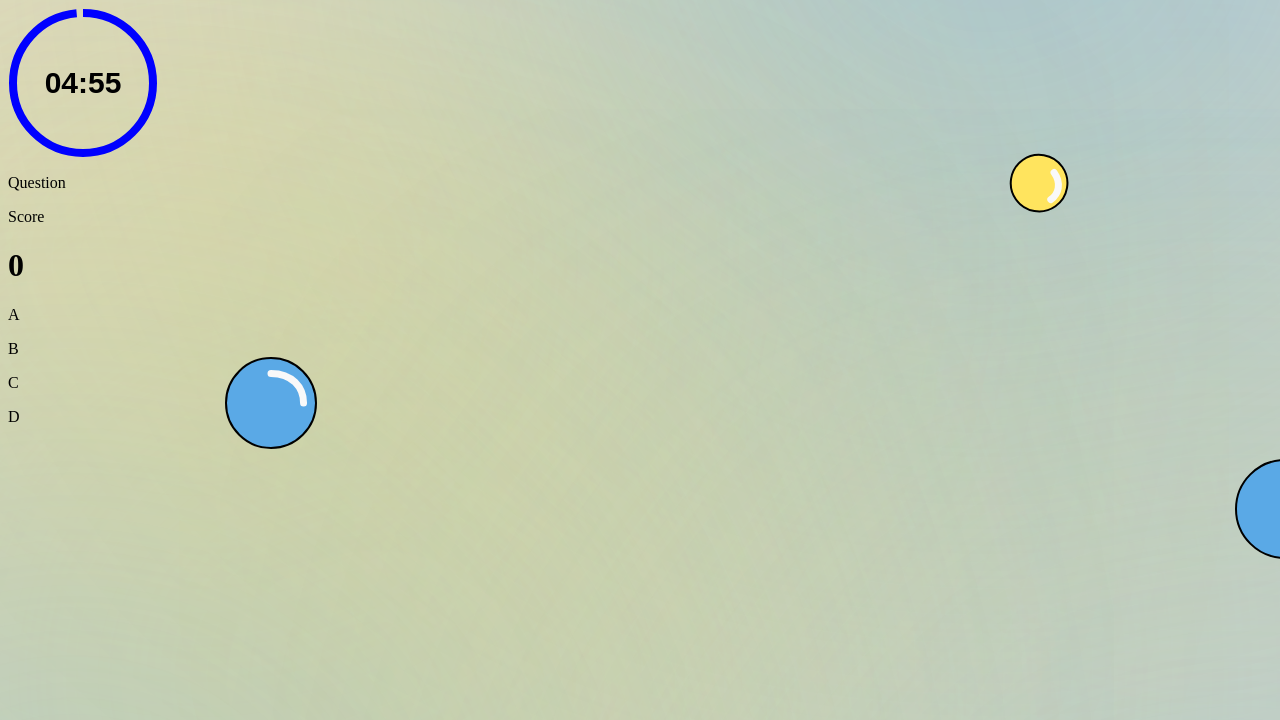
Repository: sierralaurent/SmartiePants
Page: quiz.html
An editor plug-in stored every save of this project. The page is shown before and after the next save, followed by the edit.
The browser window is 1280 px wide. The pictures show the whole page.
The page's requests for data from a server got no answer.

Above is the page before, as saved 2023-05-15 16:12:24.

After the next save:
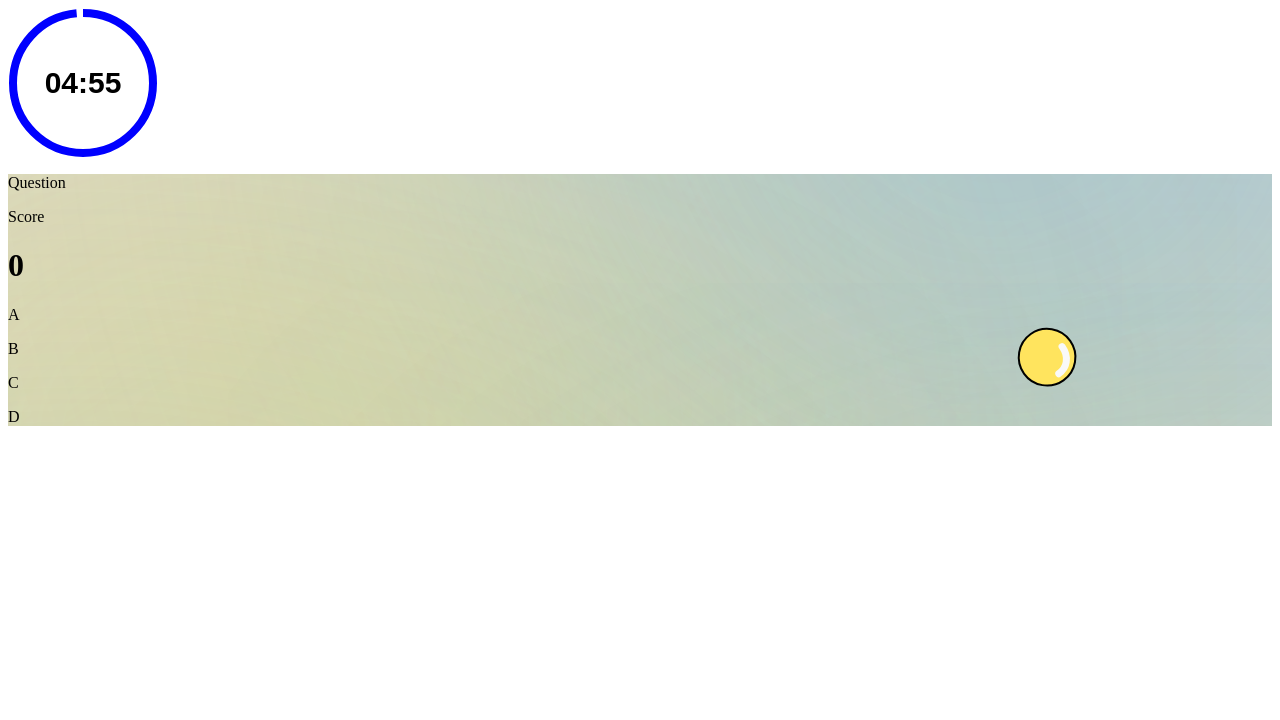
Saved 52 s later.
--- a/quiz.css
+++ b/quiz.css
@@ -30,6 +30,6 @@
         font-size: 30px;
     }
 
-    body {
+    .container {
         background-image: url('./background.svg');
     }
